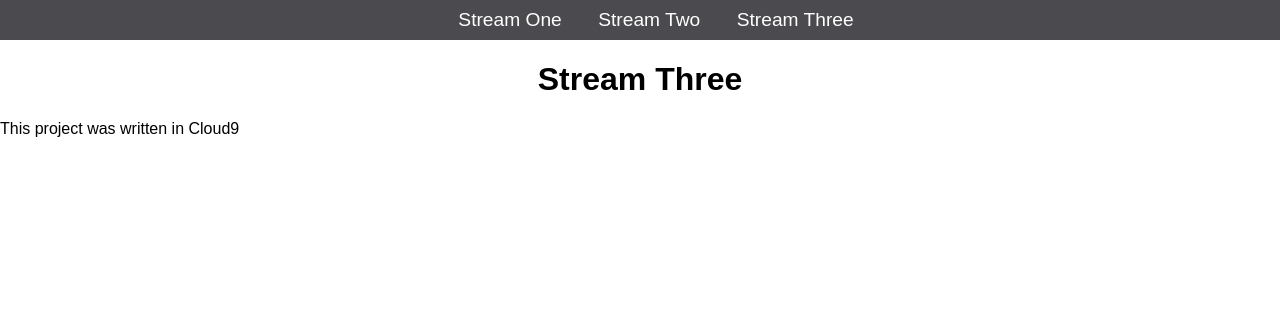
Repository: GarySimons/my-first-website
Page: stream-three.html
The author's editor kept a record of every edit. The page is drawn from the files as they stood at one moment, then again after the next edit.
The browser window is 1280 px wide. The pictures show the whole page.

Above is the page before.

### stream-three.html
<!DOCTYPE html>
<html>
    <head>
        <title>Hello World</title>
        <link rel="stylesheet" href="css/style.css" type="text/css" />
    </head>
    <body>
        <nav>
            <ul>
                <li><a href="stream-one.html">Stream One</a></li>
                <li><a href="stream-two.html">Stream Two</a></li>
                <li><a href="stream-three.html">Stream Three</a></li>
            </ul>
        </nav>
       <h1>Stream Three</h1>
       <p>This project was written in Cloud9</p>
    </body>

</html>

### css/style.css
body {
    margin: 0;
    padding: 0;
    font-family: 'Oswald', sans-serif;
}

nav ul {
    list-style: none;
    background-color: #4a4a4f;
    text-align: center;
    margin: 0;
    padding: 0;
}

nav li {
    font-size: 1.2em;
    line-height: 40px;
    height: 40px;
    display: inline-block;
    margin-left: 2.5%;
}

nav a {
    text-decoration: none;
    color: #ffffff;
    display: block;
}

nav a:hover {
    background-color: #ffffff;
    color: #4a4a4f;
}

.card {
    float: left;
    width: 20%;
    margin-left: 10%;
}

.card a {
    text-align: center;
}

img {
    width:100%;
}

h1 {
    text-align: center;
}

After the next edit:
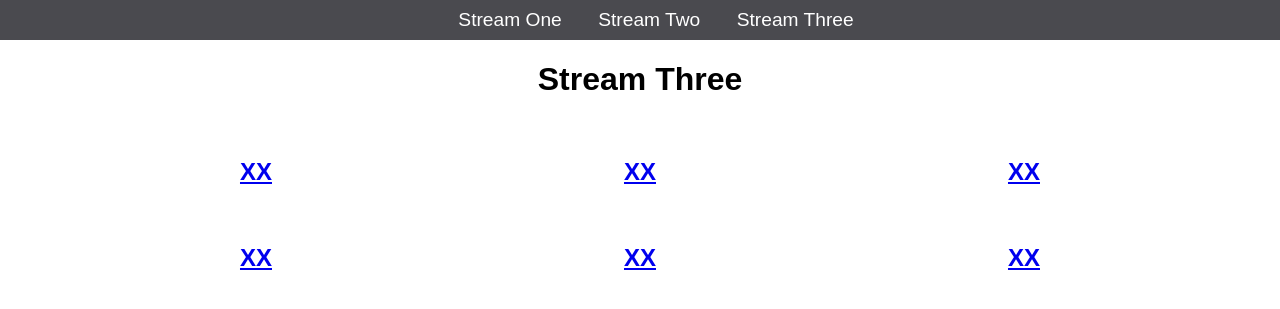
The edit:
--- a/stream-three.html
+++ b/stream-three.html
@@ -13,7 +13,48 @@
             </ul>
         </nav>
        <h1>Stream Three</h1>
-       <p>This project was written in Cloud9</p>
+       </div>
+           <div class="card">
+           <a href=" ">
+                   <img src=" " />
+               <h2>XX</h2>
+           </a>
+           </div>
+           </div>
+           <div class="card">
+           <a href=" ">
+                   <img src=" " />
+               <h2>XX</h2>
+           </a>
+           </div>
+           </div>
+           <div class="card">
+           <a href=" ">
+                   <img src=" " />
+               <h2>XX</h2>
+           </a>
+           </div>
+           </div>
+           <div class="card">
+           <a href=" ">
+                   <img src=" " />
+               <h2>XX</h2>
+           </a>
+           </div>
+           </div>
+           <div class="card">
+           <a href=" ">
+                   <img src=" " />
+               <h2>XX</h2>
+           </a>
+           </div>
+
+           <div class="card">
+           <a href=" ">
+                   <img src=" " />
+               <h2>XX</h2>
+           </a>
+           </div>
     </body>
 
 </html>
